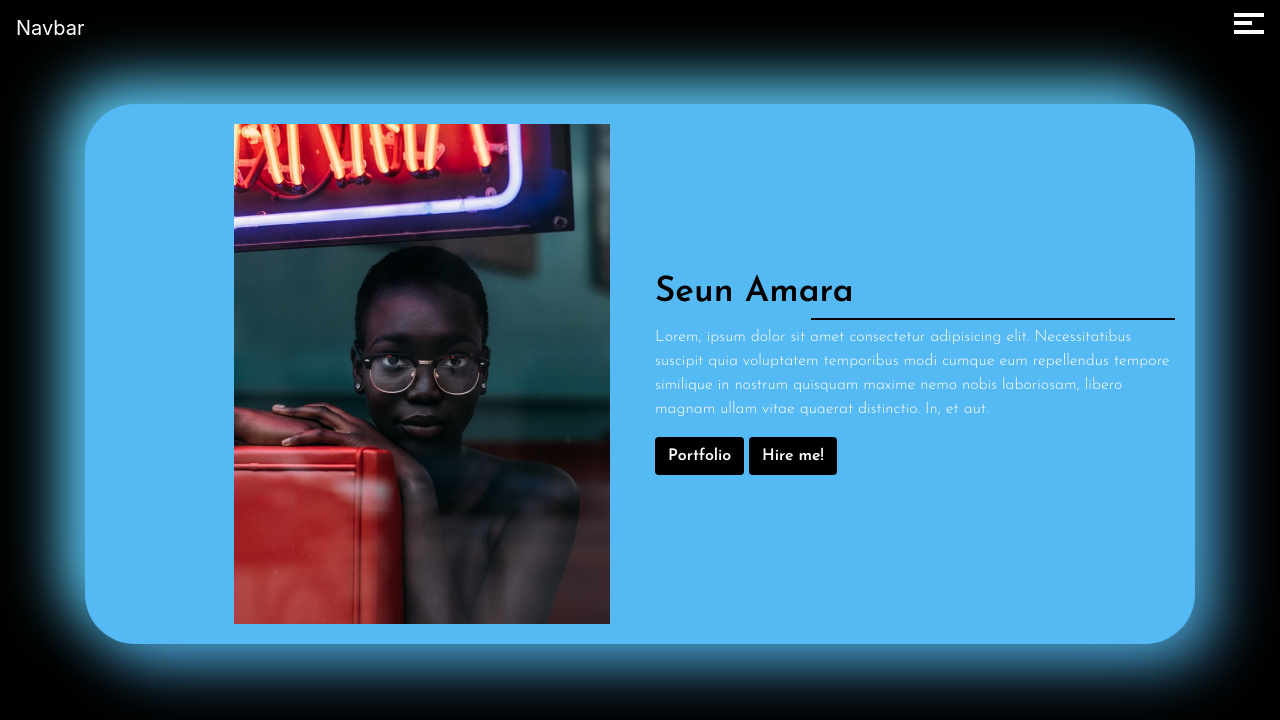
Repository: latenightsnacc/portfolio-site
Page: index.html
The author's editor kept a copy of each file at every save. The page is drawn from the files as they stood at one save, then again after the next save.
The browser window is 1280 px wide. The pictures show the whole page.
Some web libraries are served in a nearby version. The style sheet was rebuilt from its Sass, Less or Tailwind sources for each picture, by a compiler version that may differ from the author's.

Above is the page before, as saved 2020-08-03 14:49:52.

After the next save:
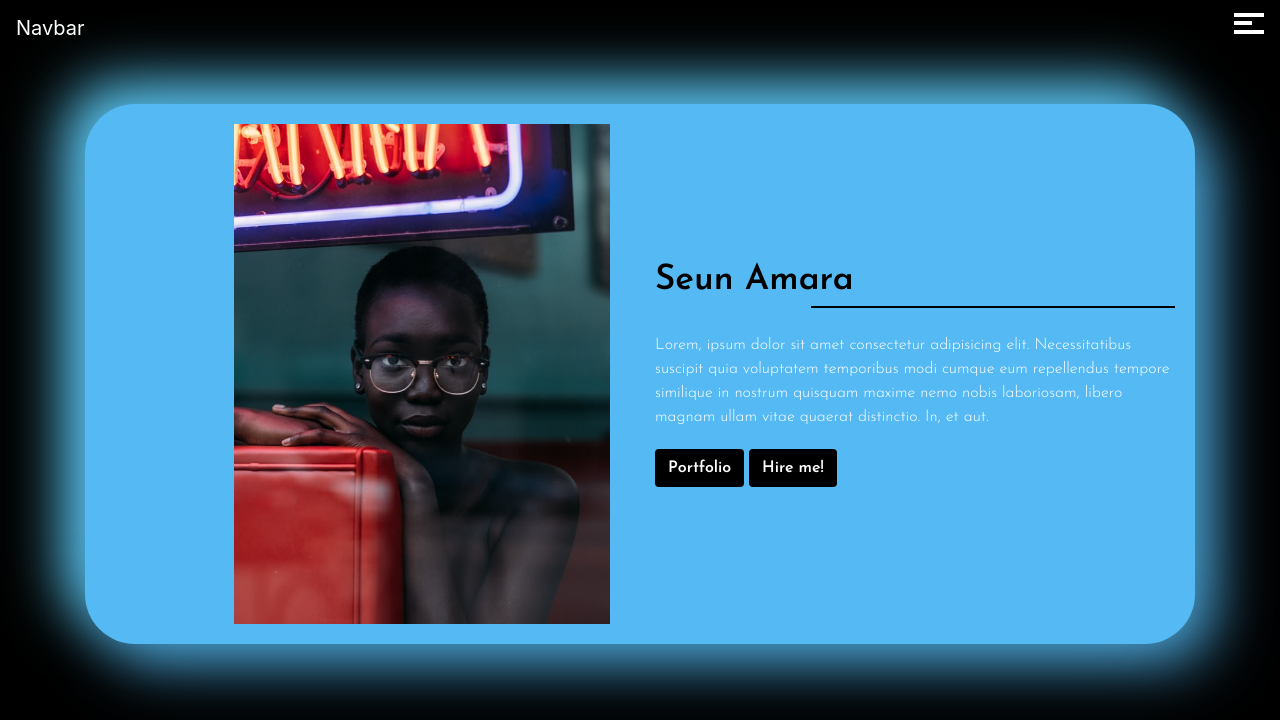
Saved 97 s later.
--- a/index.html
+++ b/index.html
@@ -4,6 +4,8 @@
     <meta charset="UTF-8">
     <meta name="viewport" content="width=device-width, initial-scale=1.0">
     <link rel="stylesheet" href="https://stackpath.bootstrapcdn.com/bootstrap/4.5.0/css/bootstrap.min.css" integrity="sha384-9aIt2nRpC12Uk9gS9baDl411NQApFmC26EwAOH8WgZl5MYYxFfc+NcPb1dKGj7Sk" crossorigin="anonymous">
+    <!-- UIkit CSS -->
+    <link rel="stylesheet" href="https://cdn.jsdelivr.net/npm/uikit@3.5.5/dist/css/uikit.min.css" />
     <link rel="stylesheet" href="styles/stylesheet.css">
 
     <title>Portfolio Site</title>
